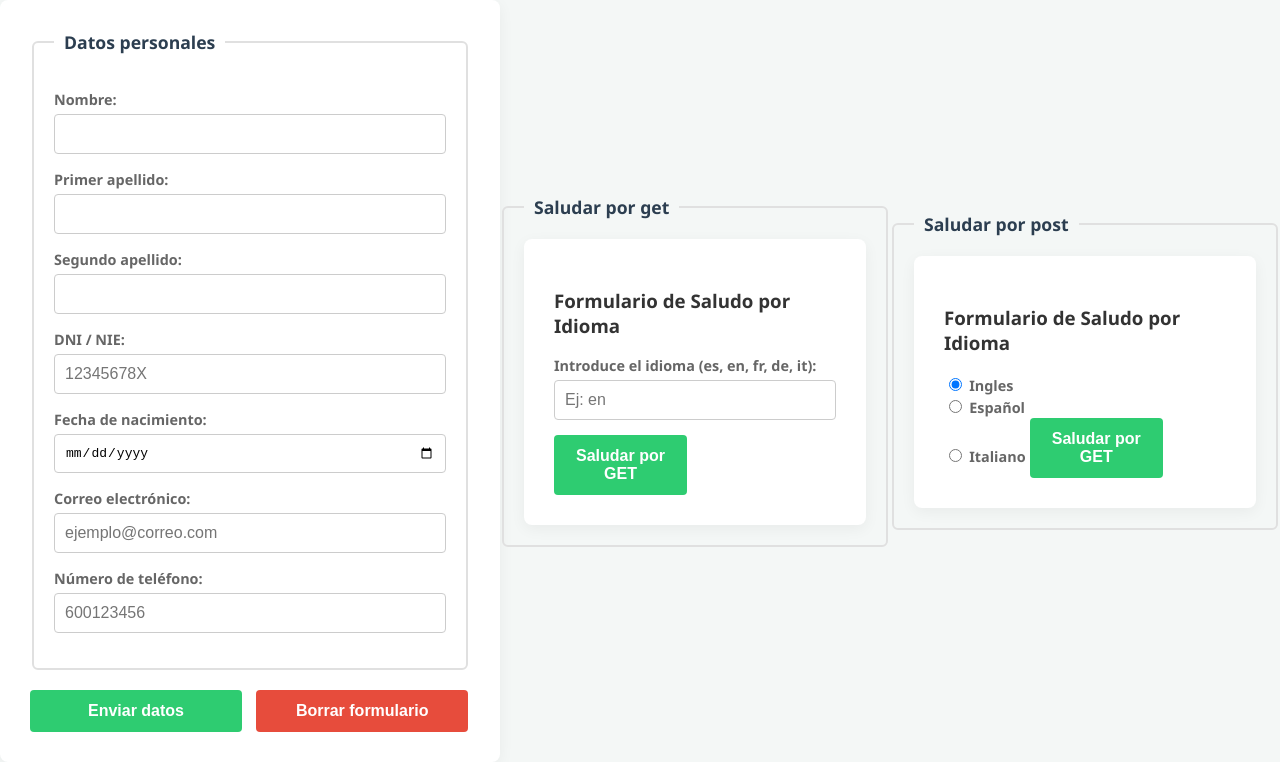
Repository: Daniel-gc271/Acceso-a-datos
Page: webapp-example/src/main/webapp/Ej5-post.html
An editor plug-in stored every save of this project. The page is shown before and after the next save, followed by the edit.
The browser window is 1280 px wide. The pictures show the whole page.

Above is the page before, as saved 2026-10-05 10:37:05.

### webapp-example/src/main/webapp/Ej5-post.html
<!DOCTYPE html>
<html>
<head>
<meta charset="UTF-8">
<title>Insert title here</title>
<link rel="stylesheet" href="estilos.css">
</head>
<body>
	<form action="Ej5Post_ejemplo" method="post">
		<fieldset>
			<legend>Datos personales</legend>

			<!-- Nombre -->
			<p>
				<label for="nombre">Nombre:</label> <input type="text" name="nombre"
					id="nombre" required>
			</p>

			<!-- Apellidos -->
			<p>
				<label for="apellido1">Primer apellido:</label> <input type="text"
					name="apellido1" id="apellido1" required>
			</p>
			<p>
				<label for="apellido2">Segundo apellido:</label> <input type="text"
					name="apellido2" id="apellido2">
			</p>

			<!-- DNI / NIE -->
			<p>
				<label for="dni">DNI / NIE:</label> <input type="text" name="dni"
					id="dni" placeholder="12345678X">
			</p>

			<!-- Fecha de nacimiento -->
			<p>
				<label for="nacimiento">Fecha de nacimiento:</label> <input
					type="date" name="nacimiento" id="nacimiento">
			</p>

			<!-- Correo electrónico -->
			<p>
				<label for="email">Correo electrónico:</label> <input type="email"
					name="email" id="email" placeholder="ejemplo@correo.com">
			</p>

			<!-- Número de teléfono -->
			<p>
				<label for="telefono">Número de teléfono:</label> <input type="tel"
					name="telefono" id="telefono" placeholder="600123456">
			</p>

		</fieldset>

		<!-- Botones de acción -->
		<button type="submit">Enviar datos</button>
		<button type="reset">Borrar formulario</button>
	</form>

<fieldset>
			<legend>Saludar por get</legend>
	<form action="Ej5Post_ejemplo" method="get" >
	<h3>Formulario de Saludo por Idioma</h3>

	<!-- Enviamos la variable saludo de forma fija -->
	<input type="hidden" name="saludo" value="Hola">

	<p>
		<label for="idioma">Introduce el idioma (es, en, fr, de, it):</label>
		<input type="text" name="idioma" id="idioma" placeholder="Ej: en" required>
	</p>

	<button type="submit">Saludar por GET</button>
</form>
</fieldset>



<fieldset>
			<legend>Saludar por post</legend>
	<form action="Ej5Post_ejemplo" method="post" >
	<h3>Formulario de Saludo por Idioma</h3>




  <input type="radio" id="ingles" name="so" value="Hello World!" checked>
  <label for="ingles">Ingles</label><br>

  <input type="radio" id="español" name="so" value="19 de julio de 2026 campeones del mundo!">
  <label for="español">Español</label><br>

  <input type="radio" id="italiano" name="so" value="linux">
  <label for="italiano">Italiano</label>




	<button type="submit">Saludar por GET</button>
</form>
</fieldset>


</body>
</html>

### webapp-example/src/main/webapp/estilos.css
/* Estilos generales */
body {
    font-family: 'Segoe UI', Tahoma, Geneva, Verdana, sans-serif;
    background-color: #f4f7f6;
    color: #333;
    display: flex;
    justify-content: center;
    align-items: center;
    min-height: 100vh;
    margin: 0;
}

/* Contenedor del formulario */
form {
    background-color: #ffffff;
    padding: 30px;
    border-radius: 8px;
    box-shadow: 0 4px 15px rgba(0, 0, 0, 0.05);
    max-width: 500px;
    width: 100%;
    box-sizing: border-box;
}

/* Agrupación por secciones */
fieldset {
    border: 2px solid #e0e0e0;
    border-radius: 6px;
    padding: 20px;
    margin-bottom: 20px;
}

legend {
    font-weight: bold;
    color: #2c3e50;
    padding: 0 10px;
    font-size: 1.1em;
}

/* Filas del formulario */
p {
    margin-bottom: 15px;
    display: flex;
    flex-direction: column;
}

/* Etiquetas */
label {
    margin-bottom: 5px;
    font-size: 0.9em;
    color: #666;
    font-weight: 600;
}

/* Campos de entrada (inputs) */
input[type="text"],
input[type="date"],
input[type="email"],
input[type="tel"] {
    padding: 10px;
    border: 1px solid #ccc;
    border-radius: 4px;
    font-size: 1em;
    outline: none;
    transition: border-color 0.3s ease;
}

input:focus {
    border-color: #3498db;
    box-shadow: 0 0 5px rgba(52, 152, 219, 0.3);
}

/* Botones */
button {
    padding: 12px 20px;
    border: none;
    border-radius: 4px;
    font-size: 1em;
    font-weight: bold;
    cursor: pointer;
    transition: background-color 0.3s ease;
    margin-right: 10px;
    width: calc(50% - 8px);
    display: inline-block;
}

button[type="submit"] {
    background-color: #2ecc71;
    color: white;
}

button[type="submit"]:hover {
    background-color: #27ae60;
}

button[type="reset"] {
    background-color: #e74c3c;
    color: white;
    margin-right: 0;
}

button[type="reset"]:hover {
    background-color: #c0392b;
}

/* Responsive para los botones */
@media (max-width: 480px) {
    button {
        width: 100%;
        margin-bottom: 10px;
        margin-right: 0;
    }
    button[type="reset"] {
        margin-bottom: 0;
    }
}

After the next save:
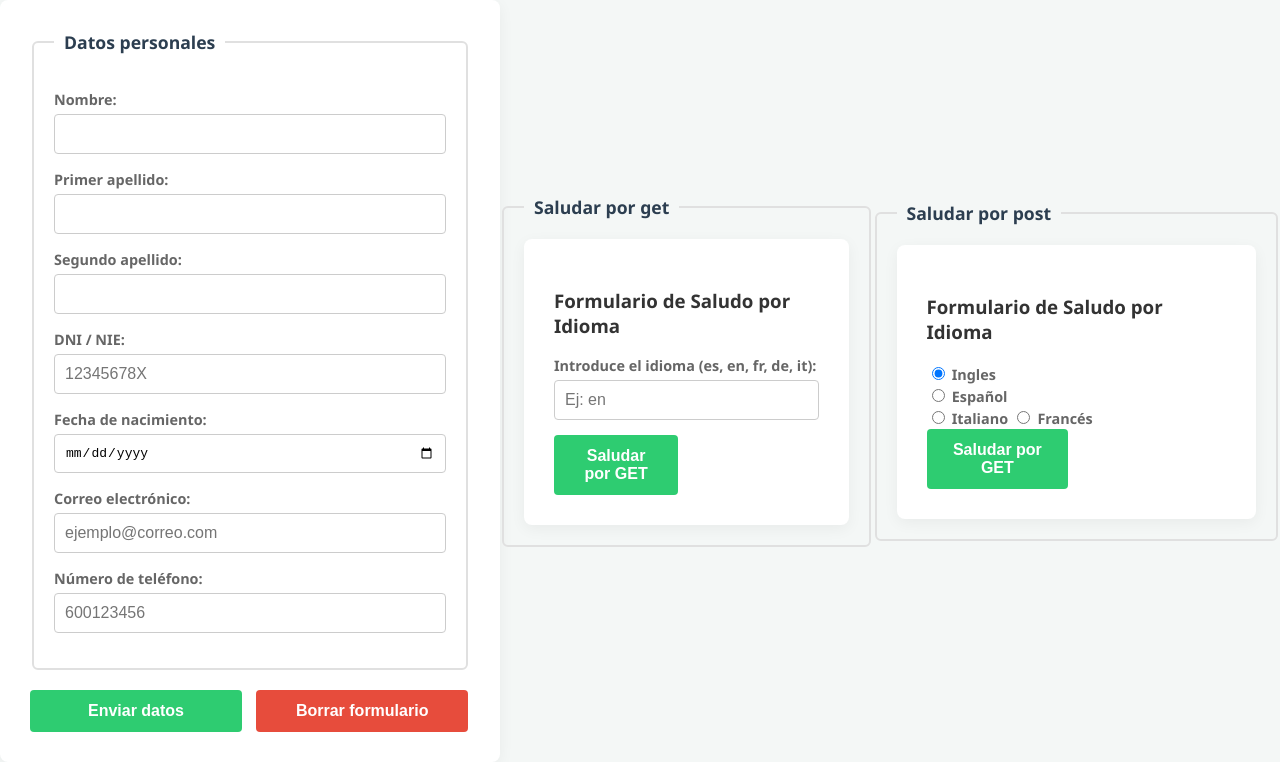
Saved 50 s later.
--- a/webapp-example/src/main/webapp/Ej5-post.html
+++ b/webapp-example/src/main/webapp/Ej5-post.html
@@ -90,8 +90,12 @@
   <input type="radio" id="español" name="so" value="19 de julio de 2026 campeones del mundo!">
   <label for="español">Español</label><br>
 
-  <input type="radio" id="italiano" name="so" value="linux">
+  <input type="radio" id="italiano" name="so" value="Ciao a tutti">
   <label for="italiano">Italiano</label>
+
+
+	<input type="radio" id="frances" name="so" value="bonjour le gars">
+  <label for="frances">Francés</label>
 
 
 
